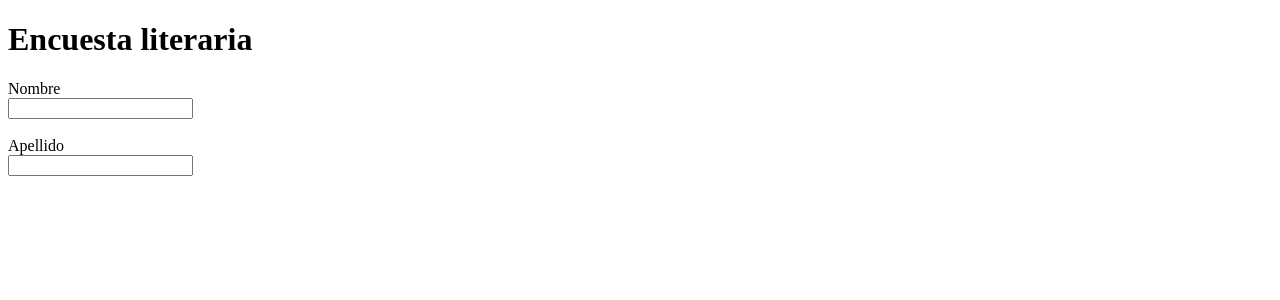
Repository: cabotillo/javaee
Page: Encuesta/WebContent/index.html
The author's editor kept a copy of each file at every save. The page is drawn from the files as they stood at one save, then again after the next save.
The browser window is 1280 px wide. The pictures show the whole page.

Above is the page before, as saved 2017-02-16 17:47:40.

After the next save:
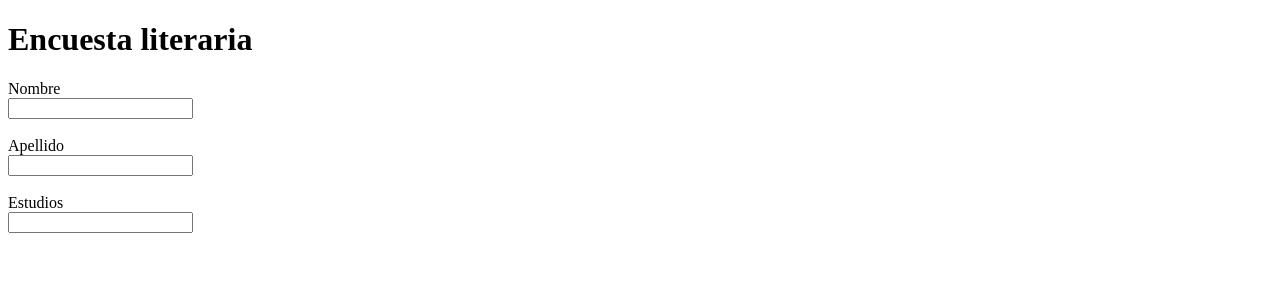
Saved 8 s later.
--- a/Encuesta/WebContent/index.html
+++ b/Encuesta/WebContent/index.html
@@ -9,6 +9,7 @@
 <form action="/Encuesta/mostrar">
 Nombre<br><input type="text" name="nombre"><br><br>
 Apellido<br><input type="text" name="apellido"><br><br>
+Estudios<br><input type="text" name="apellido"><br><br>
 </form>
 </body>
 </html>
